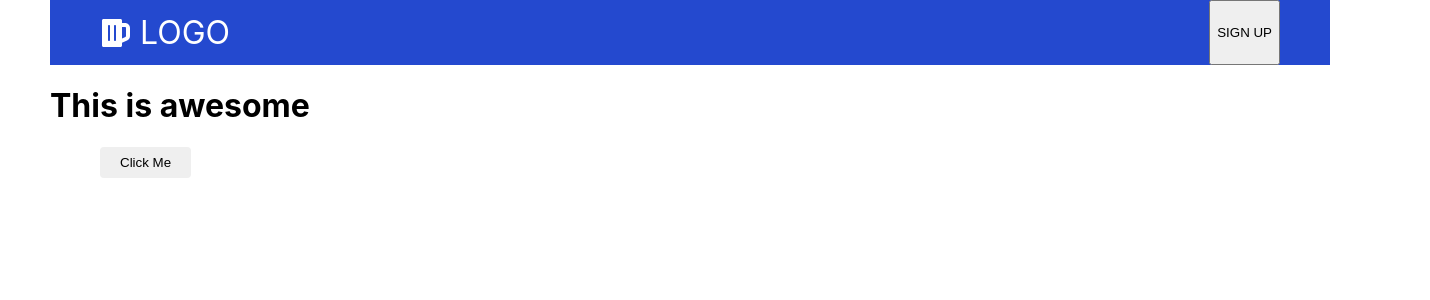
Repository: ajaygc95/Django-and-react
Page: / (app in galamart_sell/reactfrontend/)
An editor plug-in stored every save of this project. The page is shown before and after the next save, followed by the edit.
The browser window is 1280 px wide. The page is 1430 px wide, so the pictures cover 1430 px, including what lies to the right of the window. The pictures show the whole page.
The project was rebuilt for these pictures with package versions that can differ from the ones it lists, and the page was loaded fresh each time. Also part of the build but not shown: galamart_sell/reactfrontend/src/components/Button.js, galamart_sell/reactfrontend/src/components/About.js, galamart_sell/reactfrontend/src/components/Shop.css, galamart_sell/reactfrontend/src/components/Shop.js, galamart_sell/reactfrontend/src/components/ItemDetail.js.

Above is the page before, as saved 2021-04-07 11:07:50.

After the next save:
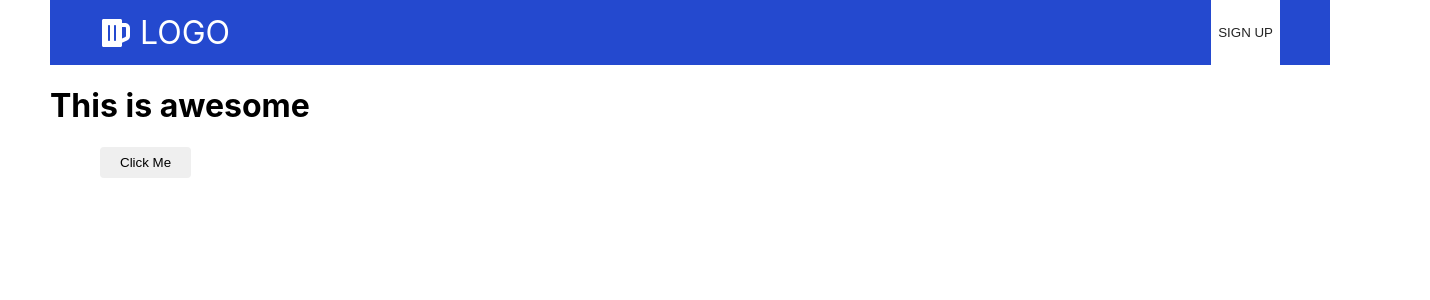
Saved 6 s later.
--- a/galamart_sell/reactfrontend/src/components/Nav.js
+++ b/galamart_sell/reactfrontend/src/components/Nav.js
@@ -28,7 +28,7 @@ function Nav() {
             LOGO
           </Link>
 
-          <button className>SIGN UP</button>
+          <button className="btn--primary">SIGN UP</button>
         </div>
       </nav>
     </>
